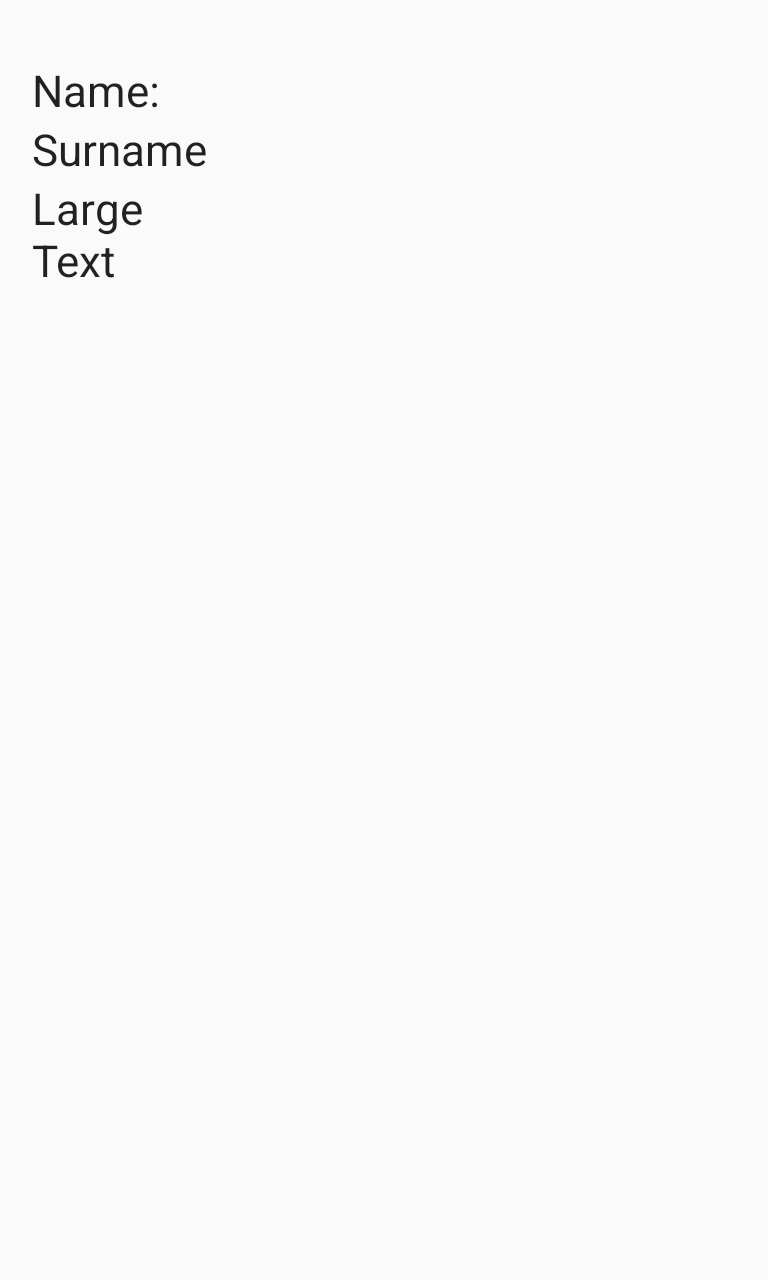
Repository: iliyankg/Iliyan-Georgiev-SID--5037470-A202SGI-Android-Development-Skills-Submission-2014-2015
Layout: PhoneBook/PhoneBook/res/layout/activity_contact.xml
These files come from the project's save history. The layout is drawn as it stood at one moment and after the next save; the edit follows.
It is drawn on a 768 x 1280 px phone screen (xhdpi) without system bars, with theme AppTheme; the app's code is not run.

Above is the layout before, as saved 2014-12-08 21:07:02.

After the next save:
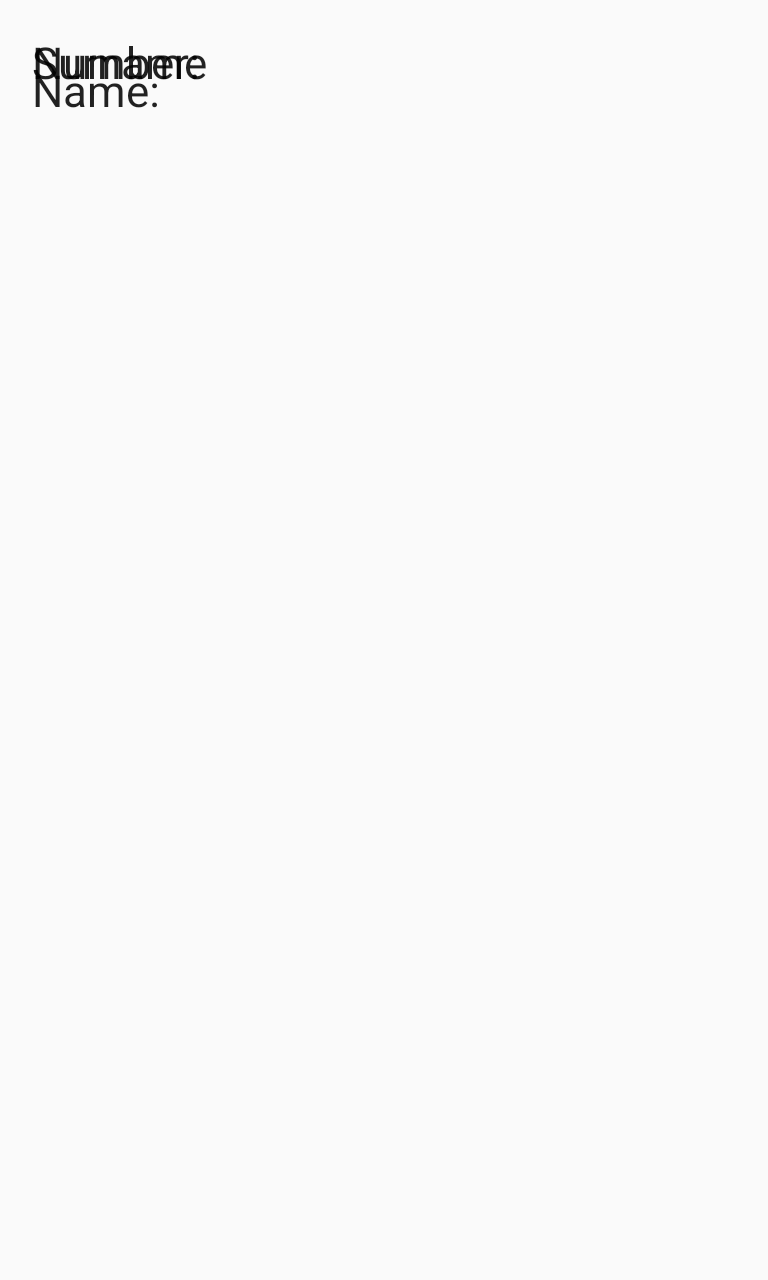
Saved 11 min 34 s later.
--- a/PhoneBook/PhoneBook/res/layout/activity_contact.xml
+++ b/PhoneBook/PhoneBook/res/layout/activity_contact.xml
@@ -9,7 +9,7 @@
     tools:context="com.example.phonebook.Contact" >
 
     <TextView
-        android:id="@+id/textView1"
+        android:id="@+id/name_label"
         android:layout_width="wrap_content"
         android:layout_height="wrap_content"
         android:layout_alignParentLeft="true"
@@ -19,7 +19,7 @@
         android:textAppearance="?android:attr/textAppearanceLarge" />
 
     <TextView
-        android:id="@+id/textView2"
+        android:id="@+id/surname_label"
         android:layout_width="wrap_content"
         android:layout_height="wrap_content"
         android:layout_alignLeft="@+id/textView1"
@@ -28,12 +28,20 @@
         android:textAppearance="?android:attr/textAppearanceLarge" />
 
     <TextView
-        android:id="@+id/textView3"
+        android:id="@+id/number_label"
         android:layout_width="wrap_content"
         android:layout_height="wrap_content"
         android:layout_alignRight="@+id/textView2"
         android:layout_below="@+id/textView2"
-        android:text="Large Text"
+        android:text="Number:"
+        android:textAppearance="?android:attr/textAppearanceLarge" />
+
+    <TextView
+        android:id="@+id/display_name"
+        android:layout_width="wrap_content"
+        android:layout_height="wrap_content"
+        android:layout_alignBottom="@+id/textView1"
+        android:layout_toRightOf="@+id/textView1"
         android:textAppearance="?android:attr/textAppearanceLarge" />
 
 </RelativeLayout>
